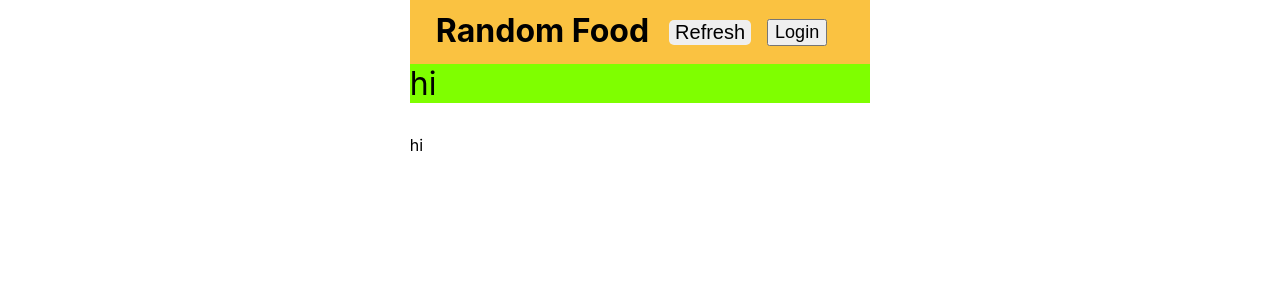
Repository: limjoohyun2030/random-food
Page: /random-food/home
An editor plug-in stored every save of this project. The page is shown before and after a run of saves, followed by the edit.
The browser window is 1280 px wide. The pictures show the whole page.
The page's requests for data from a server got no answer. The project was rebuilt for these pictures with package versions that can differ from the ones it lists, and the page was loaded fresh each time. A package was used in the major version that the imports need, not the one package.json lists. No one was signed in, and anything a server would have sent is missing. Also part of the build but not shown: src/components/food_detail/food_detail.module.css, src/components/food_detail/food_detail.jsx, src/components/food_item/food_item.module.css, src/components/food_item/food_item.jsx, src/components/login/login.module.css, src/components/login/login.jsx.

Above is the page before, as saved 2021-11-11 02:17:55.

### public/index.html
<!DOCTYPE html>
<html lang="en">
  <head>
    <meta charset="utf-8" />
    <link rel="icon" href="/images/foodIcon.ico" />
    <meta name="viewport" content="width=device-width, initial-scale=1" />
    <meta name="theme-color" content="#000000" />
    <meta
      name="description"
      content="Web site created using create-react-app"
    />

    <title>Random Food</title>
  </head>
  <body>
    <noscript>You need to enable JavaScript to run this app.</noscript>
    <div id="root"></div>
  </body>
</html>

### src/index.js
import React from "react";
import ReactDOM from "react-dom";
import "./index.css";
import App from "./app";
import AuthService from "./service/auth_service";

const authService = new AuthService();

ReactDOM.render(
  <React.StrictMode>
    <App authService={authService} />
  </React.StrictMode>,
  document.getElementById("root")
);

### src/index.css
body {
  margin: 0;
  padding: 0;
  font-family: -apple-system, BlinkMacSystemFont, "Segoe UI", "Roboto", "Oxygen",
    "Ubuntu", "Cantarell", "Fira Sans", "Droid Sans", "Helvetica Neue",
    sans-serif;
  -webkit-font-smoothing: antialiased;
  -moz-osx-font-smoothing: grayscale;
}

code {
  font-family: source-code-pro, Menlo, Monaco, Consolas, "Courier New",
    monospace;
}

* {
  box-sizing: border-box;
}

#root {
  display: flex;
  justify-content: center;
}

### src/app.jsx
import { useEffect, useState, useRef } from "react";
import { BrowserRouter, Route, Switch } from "react-router-dom";
import styles from "./app.module.css";
import FoodDetail from "./components/food_detail/food_detail";
import FoodList from "./components/food_list/food_list";
import Header from "./components/header/header";
import Login from "./components/login/login";


function App({ authService }) {
  const ref = useRef();
  const [foods, setFoods] = useState([]);
  const [isSelectedFood, setIsSelectedFood] = useState();
  const [isFoodOpen, setIsFoodOpen] = useState(false);
  const [isRefresh, setIsRefresh] = useState(false);

  const selectFood = (food) => {
    setIsSelectedFood(food);
  };

  const onRefreshClick = () => {
    setIsRefresh((oldstate) => !oldstate);
  };

  useEffect(() => {
    const myHeaders = new Headers();
    myHeaders.append("Content-Type", "application/json");

    const requestOptions = {
      method: "GET",
      headers: myHeaders,
      redirect: "follow",
    };

    fetch(
      "https://api.spoonacular.com/recipes/random?number=4&apiKey=92cedfb0b9e844679738e6c6c90cd453",
      requestOptions
    )
      .then((response) => response.json())
      .then((result) => setFoods(result.recipes))
      .catch((error) => console.log("error", error));
  }, [isRefresh]);

  useEffect(() => {
    const checkIfClickedOutside = (e) => {
      if (isFoodOpen && ref.current && !ref.current.contains(e.target)) {
        setIsFoodOpen(false);
      }
    };

    document.addEventListener("mousedown", checkIfClickedOutside);

    return () => {
      document.removeEventListener("mousedown", checkIfClickedOutside);
    };
  }, [isFoodOpen]);

  return (
    <div className={styles.app}>
      <BrowserRouter>
        <Switch>
          <Route
            exact
            path="/random-food/"
            render={() => <Login authService={authService} />}
          />

          <Route
            path="/random-food/home"
            render={() => (
              <div>
                <Header onRefreshClick={onRefreshClick} />
                <section>
                  <div className={styles.detail}>
                    {isFoodOpen && <FoodDetail food={isSelectedFood} />}
                  </div>

                  <div
                    className={styles.list}
                    onClick={() => setIsFoodOpen((oldstate) => !oldstate)}
                  >
                    <FoodList
                      foods={foods}
                      onFoodClick={selectFood}
                      ref={ref}
                    />
                  </div>
                </section>
              </div>
            )}
          />
          <Route path="*">
            <h2>Page Not Found</h2>
          </Route>
        </Switch>
      </BrowserRouter>
    </div>
  );
}

export default App;

### src/service/auth_service.js
import firebase from "firebase";
import firebaseApp from "./firebase";

class AuthService {
  login() {
    const authProvider = new firebase.auth.GoogleAuthProvider();
    return firebaseApp.auth().signInWithPopup(authProvider);
  }
}

export default AuthService;

### src/app.module.css
/* @value makerLightOrange from './common/colors.css'; */

.app {
  max-width: 100rem;
  /* background-image: url("https://image.freepik.com/free-photo/spaghetti-with-spicy-mixed-seafood-dark-background_1150-45297.jpg"); */
  background-repeat: no-repeat;
  background-size: 100vw 100vh;
}

.content {
  position: relative;
}

.detail {
  z-index: 2;
  /* margin: auto 0; */
  margin-top: 5px;
  height: 520px;
  width: auto;
  position: absolute;
  background-color: #dfe08e;
}

.list {
  /* visibility: hidden; */
  z-index: 1;
}

### src/components/food_list/food_list.jsx
import React from "react";
import FoodItem from "../food_item/food_item";
import styles from "./food_list.module.css";

const FoodList = React.forwardRef(({ foods, onFoodClick }, ref) => {
  return (
    <section>
      <div className={styles.sidebarLeft}>hi</div>
      <ul className={styles.foods}>
        {foods &&
          foods.map((food) => (
            <FoodItem
              key={food.id}
              food={food}
              onFoodClick={onFoodClick}
              ref={ref}
            />
          ))}
      </ul>
      <div className={styles.sidebarRight}>hi</div>
    </section>
  );
});

export default FoodList;

### src/components/header/header.jsx
import styles from "./header.module.css";
import React from "react";

const Header = ({ onRefreshClick }) => {
  return (
    <header className={styles.header}>
      <div className={styles.leftbox}>
        {/* <img
          className={styles.foodIcon}
          src="https://github.com/Sweetpotatopizza/random-food/blob/main/public/images/reloadIcon.png"
          alt="logo"
        /> */}
        <h1 className={styles.title}>Random Food</h1>
        <button className={styles.reloadBox} onClick={onRefreshClick}>
          Refresh
          {/* <img
            className={styles.reloadBtn}
            src="/images/reload.png"
            alt="reload"
          /> */}
        </button>
      </div>
      {/* fontawesome needed */}
      <div className={styles.rightbox}>
        {/* <button className={styles.like}>Like</button> */}
        <button className={styles.login}>Login</button>
      </div>
    </header>
  );
};

export default Header;

### src/service/firebase.js
// Import the functions you need from the SDKs you need
// import { initializeApp } from "firebase/app";
import firebase from "firebase";

// TODO: Add SDKs for Firebase products that you want to use
// https://firebase.google.com/docs/web/setup#available-libraries

// Your web app's Firebase configuration
// For Firebase JS SDK v7.20.0 and later, measurementId is optional
const firebaseConfig = {
  apiKey: process.env.REACT_APP_FIREBASE_API_KEY,
  authDomain: process.env.REACT_APP_FIREBASE_AUTH_DOMAIN,
  databaseURL: process.env.REACT_APP_FIREBASE_DB_URL,
  projectId: process.env.REACT_APP_FIREBASE_PROJECT_ID,
  appId: process.env.REACT_APP_FIREBASE_APP_ID,
};

// console.log(process.env.REACT_APP_FIREBASE_API_KEY);
// Initialize Firebase
const firebaseApp = firebase.initializeApp(firebaseConfig);
export default firebaseApp;

### src/components/food_list/food_list.module.css
.foods {
  display: flex;
  flex-wrap: wrap;
  list-style: none;
  justify-content: center;
  align-items: center;
  width: 80%;
  margin: 1em auto;
  padding: 0;
}

.sidebarLeft {
  background-color: chartreuse;
  font-size: 2em;
}

@media screen and (max-width: 769px) {
  .foods {
    flex-direction: column;
    flex-wrap: nowrap;
    width: 100%;
  }
}

### src/components/header/header.module.css
/* @value makerOrange from '../../common/colors.css'; */

.header {
  display: flex;
  height: 4rem;
  padding: 0.8em 1em;
  background-color: #fac241;
  align-items: center;
  justify-content: space-between;
}

.leftbox {
  display: flex;
  align-items: center;
  margin-right: 1em;
}

.title {
  margin-top: 19px;
  margin-left: 10px;
}

.foodIcon {
  width: 50px;
  height: 50px;
}

.reloadBox {
  font-size: 20px;
  border-radius: 5px;
  border: none;
  margin-left: 1em;
  transition: transform 200ms ease-in-out;
}

.reloadBox:hover {
  cursor: pointer;
  transform: scale(1.07);
}

.reloadBtn {
  width: 40px;
  height: 40px;
}

.reloadBtn:hover {
  cursor: pointer;
  animation-name: spin;
  animation-duration: 2000ms;
  animation-iteration-count: infinite;
  animation-timing-function: linear;
}

@keyframes spin {
  from {
    transform: rotate(0deg);
  }
  to {
    transform: rotate(360deg);
  }
}

.like {
  margin-right: 1.5em;
  font-size: large;
  cursor: pointer;
  transition: transform 200ms ease-in-out;
}

.like:hover {
  transform: scale(1.07);
}

.login {
  margin-right: 1.5em;
  font-size: large;
  cursor: pointer;
  transition: transform 200ms ease-in-out;
}

.login:hover {
  transform: scale(1.07);
}

After the next 2 saves:
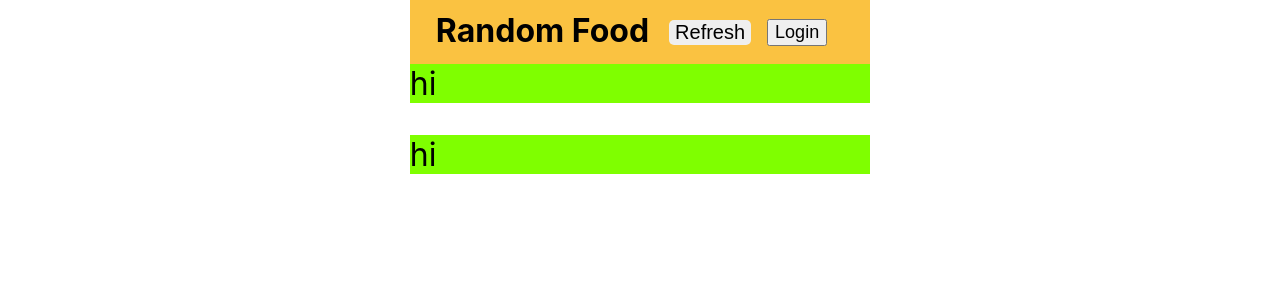
The 2 saves are shown as one change because they came seconds apart.
The last was saved 15 s later.
--- a/src/components/food_list/food_list.module.css
+++ b/src/components/food_list/food_list.module.css
@@ -14,6 +14,11 @@
   font-size: 2em;
 }
 
+.sidebarRight {
+  background-color: chartreuse;
+  font-size: 2em;
+}
+
 @media screen and (max-width: 769px) {
   .foods {
     flex-direction: column;
